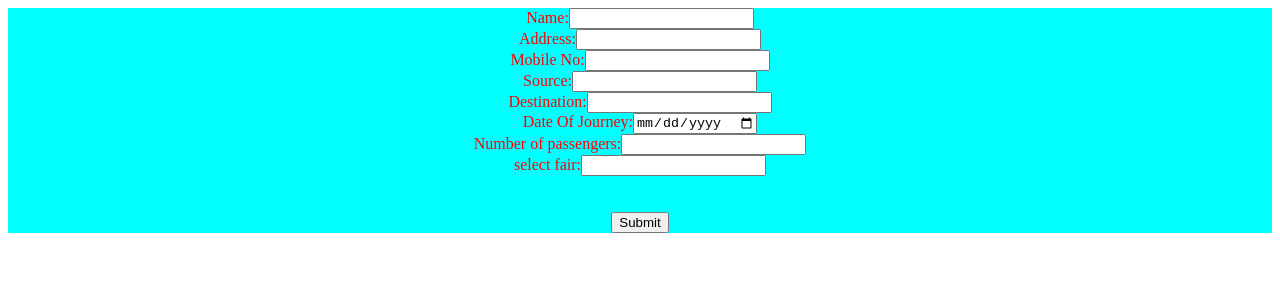
Repository: jha6435/Backenefinalsubmission
Page: http://localhost/ProjectFlyaway2/bookticket.jsp
The author's editor kept a copy of each file at every save. The page is drawn from the files as they stood at one save, then again after the next save.
The browser window is 1280 px wide. The pictures show the whole page.
The page is served by Tomcat 9.

Above is the page before, as saved 2023-05-12 03:45:49.

After the next save:
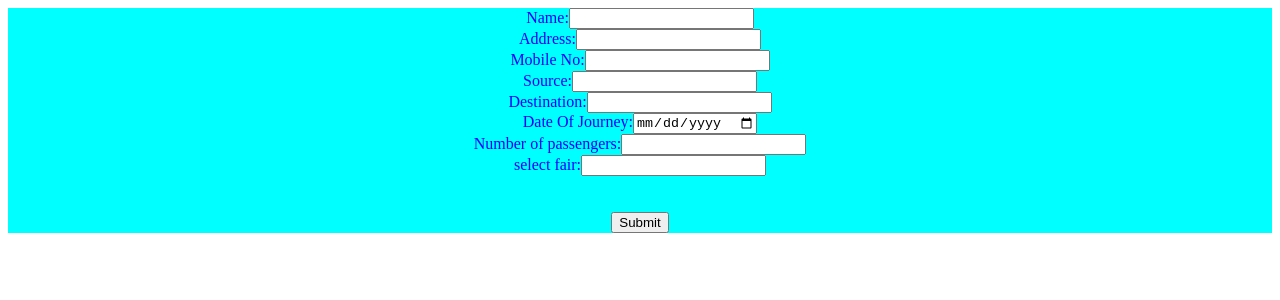
Saved 34 s later.
--- a/ProjectFlyaway2/src/main/webapp/bookticket.jsp
+++ b/ProjectFlyaway2/src/main/webapp/bookticket.jsp
@@ -7,7 +7,7 @@
 <title>Insert title here</title>
 <style type="text/css">
 form{background:cyan;
-color:red;
+color:blue;
 text-align: center;
 font-size: medium;}
 </style>
